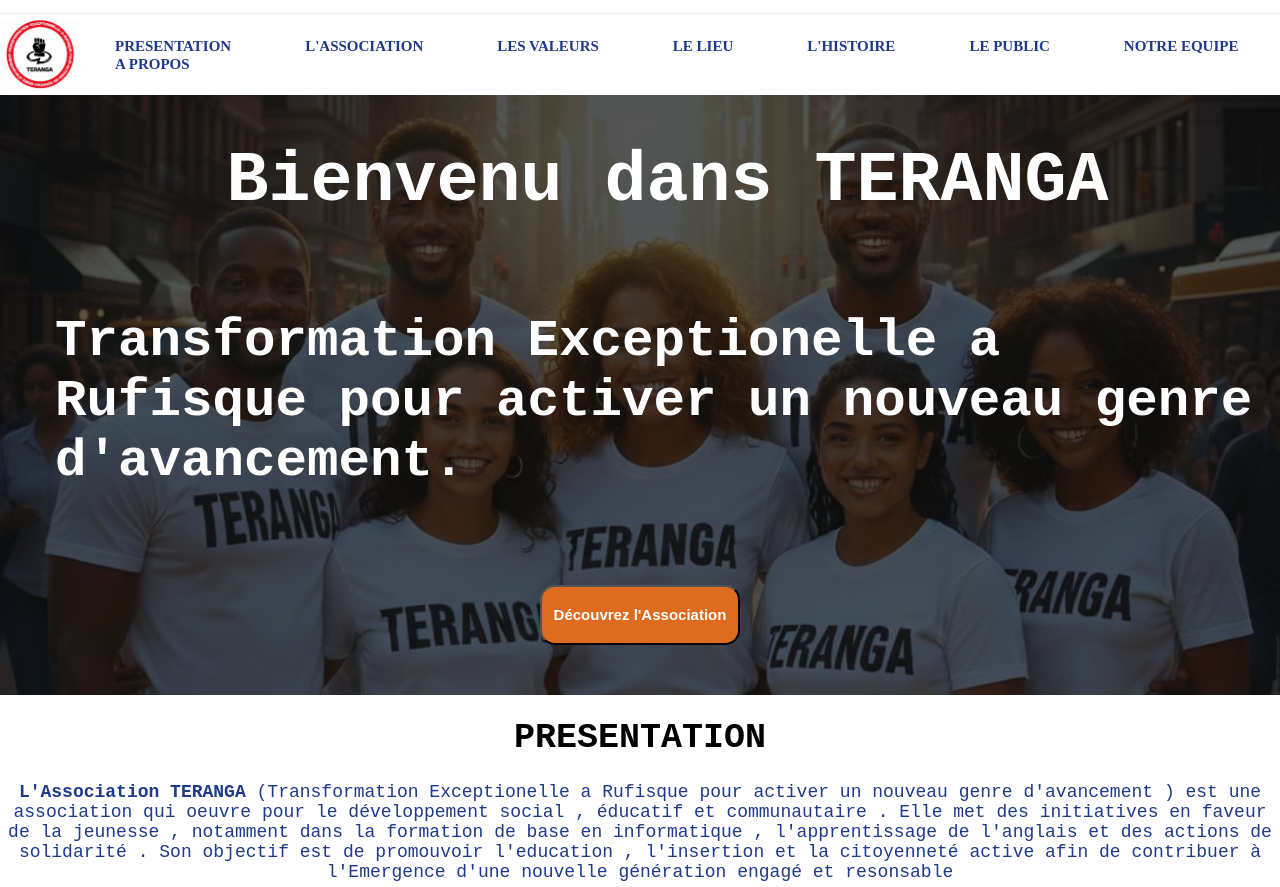
Repository: assanendao171/projet-teranga
Page: presentation.html
An editor plug-in stored every save of this project. The page is shown before and after a run of saves, followed by the edit.
The browser window is 1280 px wide. The pictures show the whole page.

Above is the page before, as saved 2026-02-11 13:24:48.

### presentation.html
<!DOCTYPE html>
<html lang="en">
<head>
    <meta charset="UTF-8">
    <meta name="viewport" content="width=device-width, initial-scale=1.0">
    <title>Document</title>
    <link rel="stylesheet" href="presentation.css">
</head>
<body>
<!-- l'entete -->
 <header>
        <!-- logo -->
<img src="image/logo.jpeg" alt="" class="logo">
<div class="btn-nav">

    <nav>

<a href="presentation.html" target="_blank">PRESENTATION</a>
<a href="association.html" target="_blank">L'ASSOCIATION</a>
<a href="valeur.html" target="_blank">LES VALEURS</a>
<a href="lieu.html" target="_blank">LE LIEU</a>
<a href="histoire.html" target="_blank">L'HISTOIRE</a>
<a href="public.html" target="_blank">LE PUBLIC</a>
<a href="equipe.html" target="_blank">NOTRE EQUIPE</a>
<a href="propos.html" target="_blank">A PROPOS</a>
    </nav>
</div>
 </header>
 <!-- le hero -->
  <div class="hero">
<div class="texte-accrosse">
    <h1>Bienvenu dans TERANGA</h1>
    <h2>Transformation Exceptionelle a Rufisque pour activer un nouveau genre d'avancement.</h2>
</div>
<!-- btn-hero -->
 <div class="btn">
<button class="btn-hero">Découvrez l'Association</button>
</div>
  </div>
 <!-- le corps -->
  <main>
    <h1 id="h-presentation">PRESENTATION</h1>
    <p id="p-presentation"><strong>L'Association TERANGA </strong> (Transformation Exceptionelle a Rufisque pour activer un nouveau genre d'avancement ) est une association
    qui oeuvre pour le développement social , éducatif et communautaire . Elle met  des initiatives en faveur de la jeunesse , notamment dans la formation de base en informatique ,
    l'apprentissage de l'anglais et des actions de solidarité . Son objectif  est de promouvoir l'education , l'insertion et la citoyenneté active afin de contribuer
à l'Emergence d'une nouvelle génération engagé et resonsable</p>
  </main>
  <!-- le pieds -->
   <footer></footer>
</body>
</html>

### presentation.css
body{
    margin: 15px 0 5px 0;
}
header{
width: 100%;
height: 80px;
background-color: #FFFFFF;
box-shadow: 2px 6px 6px 6px rgba(0, 0, 0, 0.1);
display: flex;
align-items: center;
justify-content: center;
}
nav a{
    margin: 35px;
    color: #1E3A8A;
    text-decoration: none;
    font-size: 15px;
    font-weight:900;
}
nav a:hover{
    text-decoration: underline;
}
.logo{
    width: 80px;
left: 10px;
}
.hero{
  width:100%;
  height:600px ;
  background-image:
    linear-gradient(rgba(0, 0, 0, 0.6), rgba(0, 0, 0, 0.6)),
    url("image/background.jpeg");
  background-size: cover;
  background-position: top;
  background-repeat: no-repeat;
}
.texte-accrosse{
display: flex;
flex-direction: column;
justify-content: center;
align-items: center;
color: rgb(255, 255, 255);
font-size: 35px;
font-family: 'Courier New', Courier, monospace;
margin-left: 55px;
}
.btn-hero{
width: 200px;
height: 60px;
border-radius: 15px;
background-color: #DD6B20;
color: #FFFFFF;
font-size: 15px;
font-weight: 600;
}
.btn{
    padding: 50px;
    display: flex;
    flex-direction: column;
    justify-content: center;
    align-items: center;
}
#h-presentation{
    text-align: center;
    font-size: 35px;
font-family: 'Courier New', Courier, monospace;
}
#p-presentation{
    color: #1E3A8A;
    text-align: center;
    font-size: 18px;
font-family: 'Courier New', Courier, monospace;
margin: 5px ;
}

After the next 2 saves:
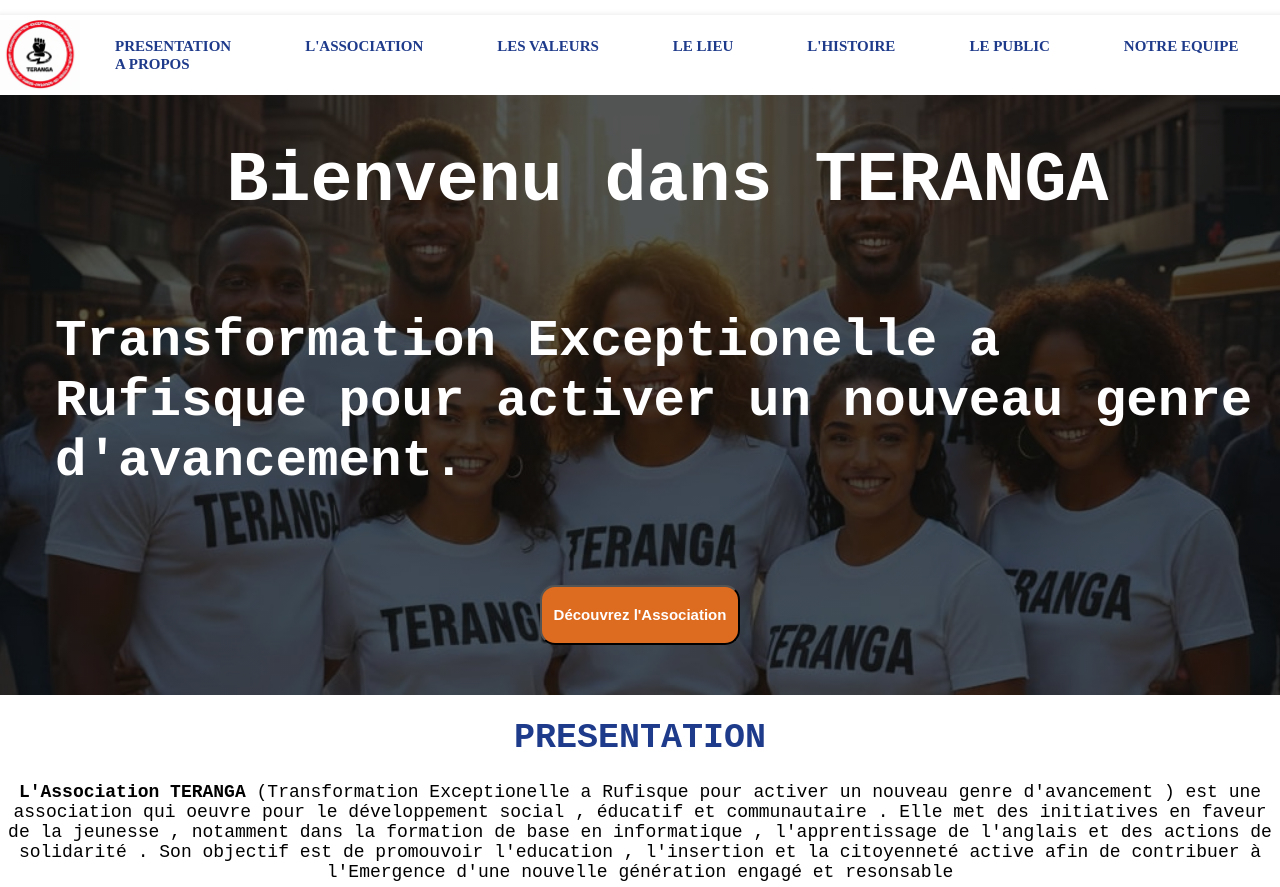
The 2 saves are shown as one change because they came seconds apart.
The last was saved 8 s later.
--- a/presentation.css
+++ b/presentation.css
@@ -61,12 +61,13 @@ font-weight: 600;
     align-items: center;
 }
 #h-presentation{
+        color: #1E3A8A;
+
     text-align: center;
     font-size: 35px;
 font-family: 'Courier New', Courier, monospace;
 }
 #p-presentation{
-    color: #1E3A8A;
     text-align: center;
     font-size: 18px;
 font-family: 'Courier New', Courier, monospace;
